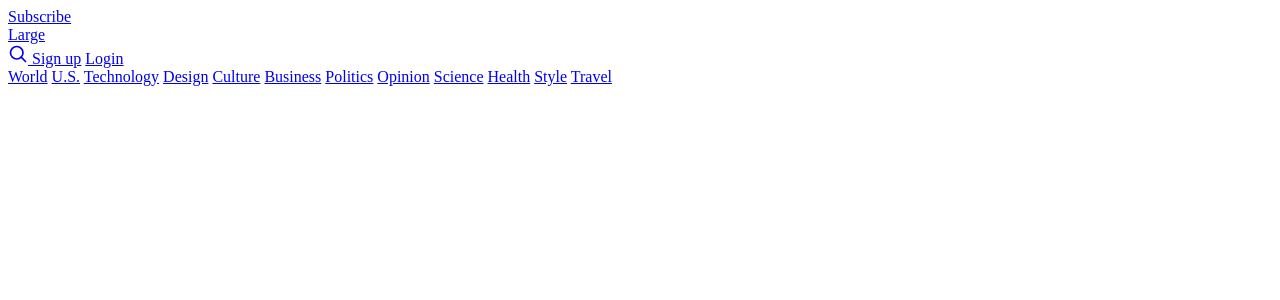
Repository: nunnunhap/Portfolio_YewMall
Page: http://localhost/layout/comm/header
The author's editor kept a copy of each file at every save. The page is drawn from the files as they stood at one save, then again after the next save.
The browser window is 1280 px wide. The pictures show the whole page.
The page is this project's Thymeleaf template; nobody is signed in. The template is opened directly, without the code that normally fills it, so the values that code supplies are empty.

Above is the page before, as saved 2024-06-17 11:21:13.

### yewmall/src/main/resources/templates/layout/comm/header.html
<!DOCTYPE html>
<html lang="ko"xmlns:th="http://www.thymeleaf.org">

<div th:fragment="headerFragment">

	<header class="blog-header py-3">
    <div class="row flex-nowrap justify-content-between align-items-center">
      <div class="col-4 pt-1">
        <a class="text-muted" href="#">Subscribe</a>
      </div>
      <div class="col-4 text-center">
        <a class="blog-header-logo text-dark" href="#">Large</a>
      </div>
      <div class="col-4 d-flex justify-content-end align-items-center">
        <a class="text-muted" href="#" aria-label="Search">
          <svg xmlns="http://www.w3.org/2000/svg" width="20" height="20" fill="none" stroke="currentColor" stroke-linecap="round" stroke-linejoin="round" stroke-width="2" class="mx-3" role="img" viewBox="0 0 24 24" focusable="false"><title>Search</title><circle cx="10.5" cy="10.5" r="7.5"></circle><path d="M21 21l-5.2-5.2"></path></svg>
        </a>
        <a class="btn btn-sm btn-outline-secondary" href="#">Sign up</a>
        <a class="btn btn-sm btn-outline-secondary" href="#">Login</a>
      </div>
    </div>
  </header>


  <div class="nav-scroller py-1 mb-2">
    <nav class="nav d-flex justify-content-between">
      <a class="p-2 text-muted" href="#">World</a>
      <a class="p-2 text-muted" href="#">U.S.</a>
      <a class="p-2 text-muted" href="#">Technology</a>
      <a class="p-2 text-muted" href="#">Design</a>
      <a class="p-2 text-muted" href="#">Culture</a>
      <a class="p-2 text-muted" href="#">Business</a>
      <a class="p-2 text-muted" href="#">Politics</a>
      <a class="p-2 text-muted" href="#">Opinion</a>
      <a class="p-2 text-muted" href="#">Science</a>
      <a class="p-2 text-muted" href="#">Health</a>
      <a class="p-2 text-muted" href="#">Style</a>
      <a class="p-2 text-muted" href="#">Travel</a>
    </nav>
  </div>




</div>

</html>

After the next save:
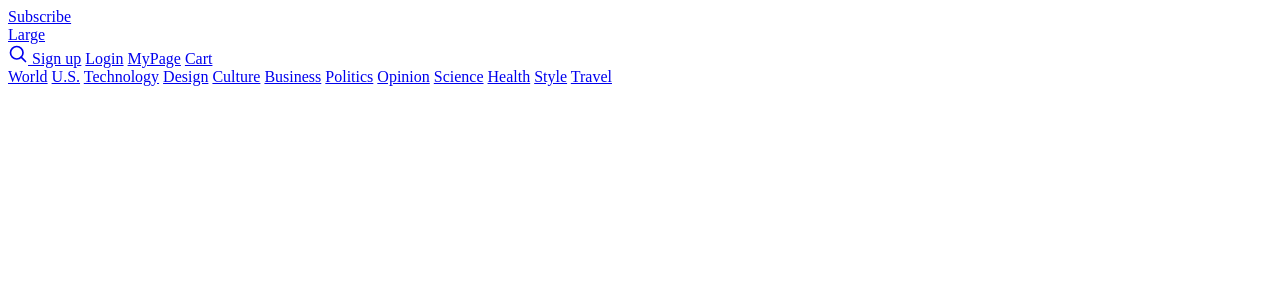
Saved 43 s later.
--- a/yewmall/src/main/resources/templates/layout/comm/header.html
+++ b/yewmall/src/main/resources/templates/layout/comm/header.html
@@ -17,6 +17,8 @@
         </a>
         <a class="btn btn-sm btn-outline-secondary" href="#">Sign up</a>
         <a class="btn btn-sm btn-outline-secondary" href="#">Login</a>
+        <a class="btn btn-sm btn-outline-secondary" href="#">MyPage</a>
+        <a class="btn btn-sm btn-outline-secondary" href="#">Cart</a>
       </div>
     </div>
   </header>
